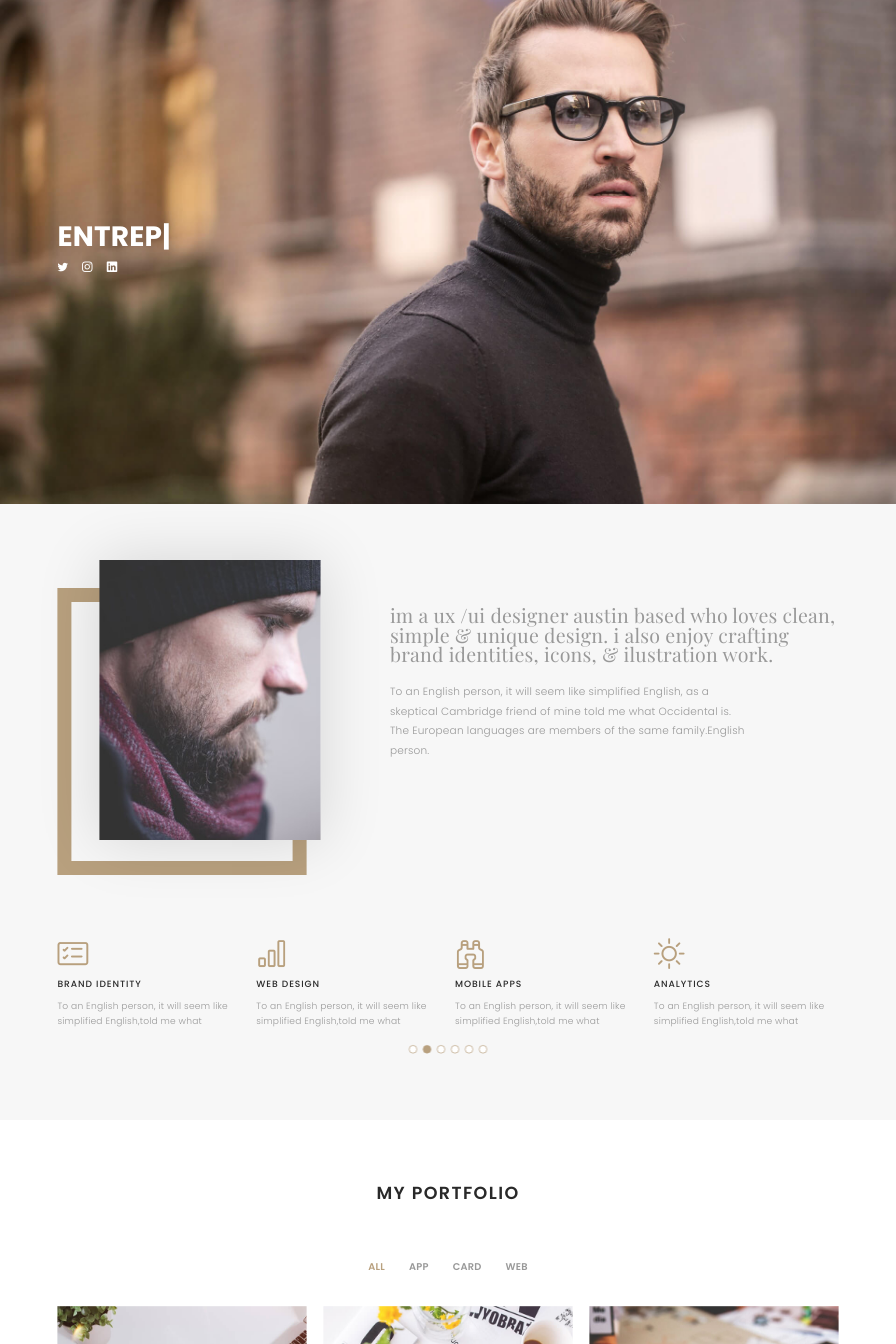
Repository: muhammedctgr/MrBayoA1
Page: index.html
An editor plug-in stored every save of this project. The page is shown before and after the next save, followed by the edit.
The browser window is 1280 px wide. The pictures show the part of the page from y = 0 to 1920 px (the page is 3968 px tall), at 70% of full size.
Some web fonts or font styles are not loaded; a fallback is used.

Above is the page before, as saved 2022-10-17 22:13:47.

After the next save:
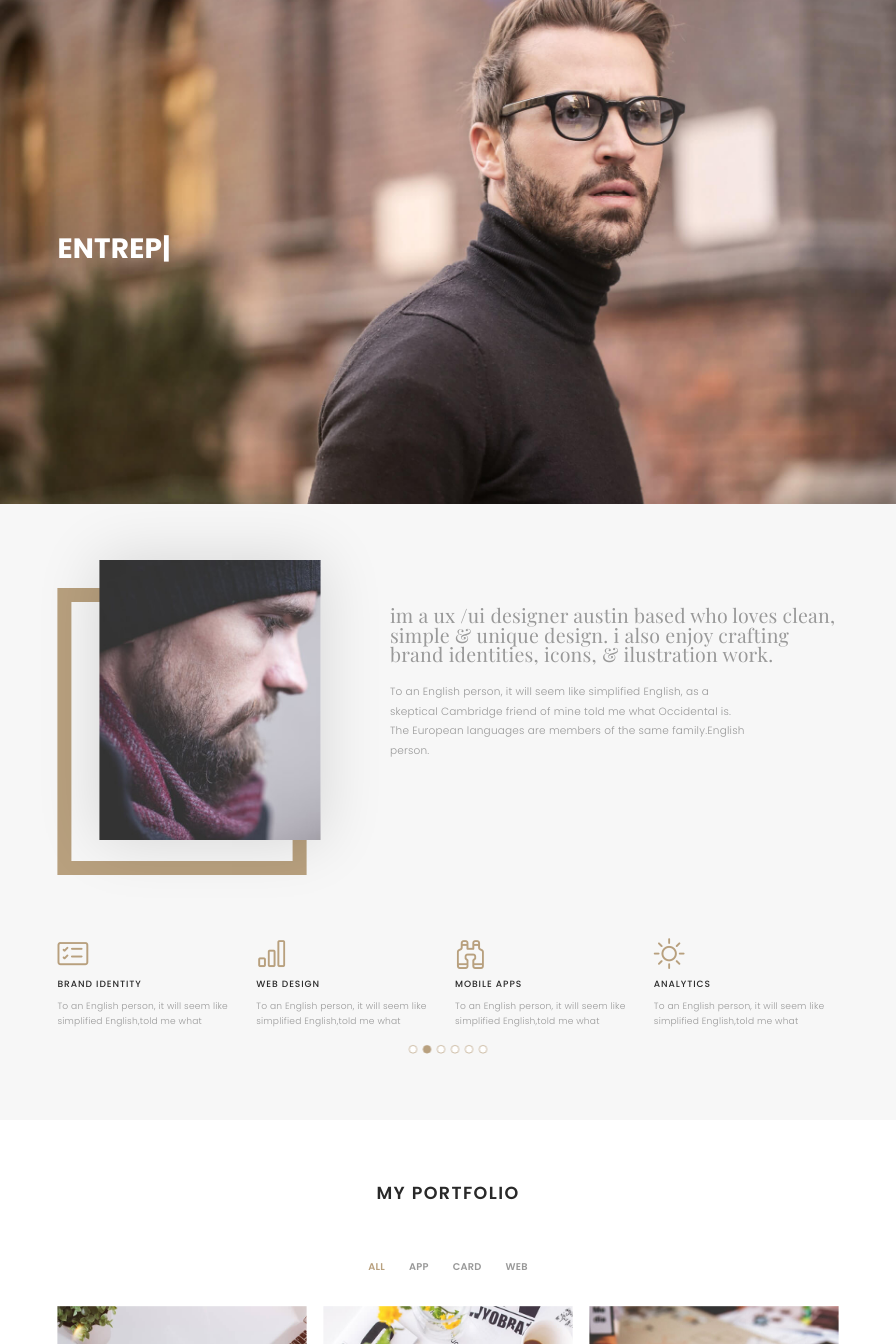
Saved 2 min 17 s later.
--- a/index.html
+++ b/index.html
@@ -84,12 +84,6 @@
     <div class="container">
       <div class="hero-content">
         <h1><span class="typed" data-typed-items="Akinde Gbenga Bayo, Entrepreneur, Social Media Influencer, Serial Winner."></span></h1>
-
-        <ul class="list-unstyled list-social">
-          <li><a href="#"><i class="bi bi-twitter"></i></a></li>
-          <li><a href="#"><i class="bi bi-instagram"></i></a></li>
-          <li><a href="#"><i class="bi bi-linkedin"></i></a></li>
-        </ul>
       </div>
     </div>
   </div><!-- End Hero -->
